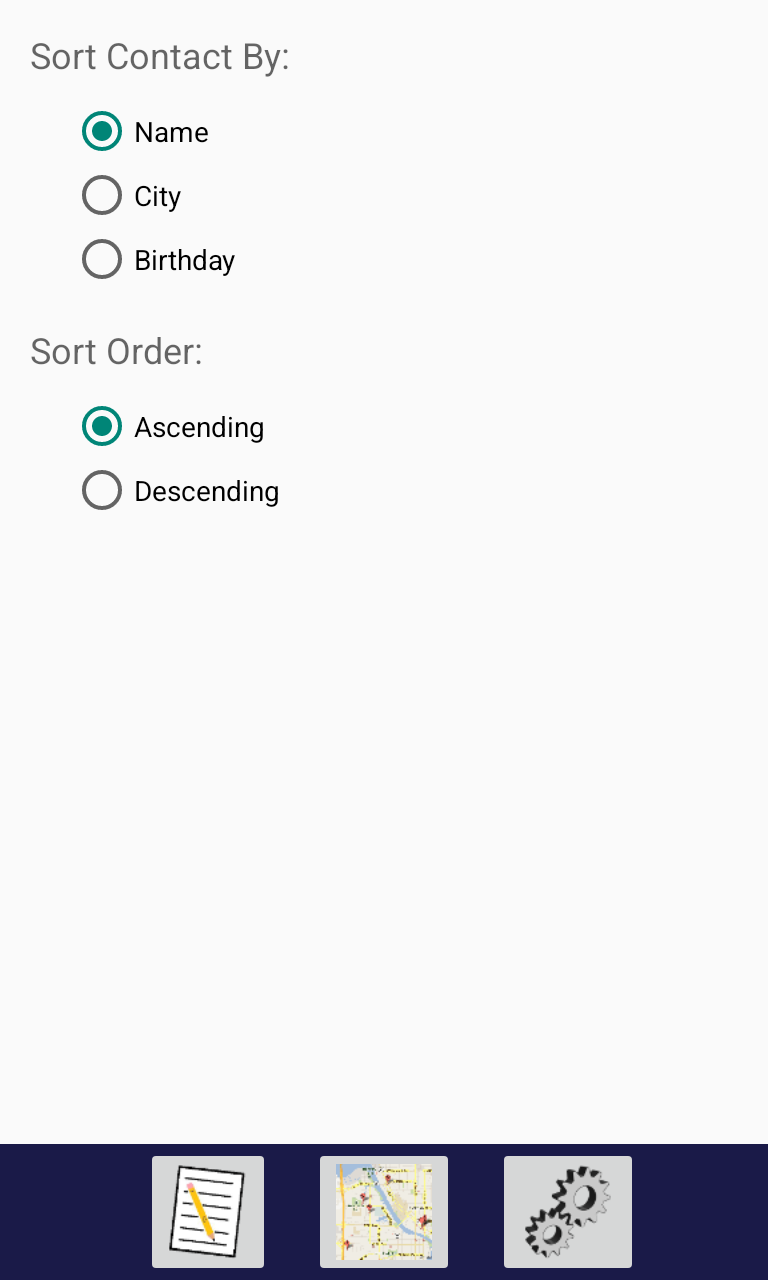
Repository: MobileApps-Cascadia/JenniferBronson_ExercisesChapter5
Layout: MyContactList/res/layout/activity_contact_settings.xml
The author's editor kept a copy of each file at every save. The layout is drawn from the files as they stood at one save, then again after the next save.
It is drawn on a 768 x 1280 px phone screen (xhdpi) without system bars, with theme AppTheme; the app's code is not run.

Above is the layout before, as saved 2014-05-03 05:12:35.

### MyContactList/res/layout/activity_contact_settings.xml
<RelativeLayout xmlns:tools="http://schemas.android.com/tools"
    xmlns:android="http://schemas.android.com/apk/res/android"
    xmlns:android1="http://schemas.android.com/apk/res/android"
    android:layout_width="match_parent"
    android:layout_height="match_parent"
    tools:context=".ContactActivity" >

    <RelativeLayout
        android:id="@+id/navbar"
        android:layout_width="fill_parent"
        android:layout_height="wrap_content"
        android:layout_alignParentBottom="true"
        android:background="@color/navbar_background" >

        <ImageButton
            android:id="@+id/imageButtonList"
            android:layout_width="wrap_content"
            android:layout_height="wrap_content"
            android:layout_centerVertical="true"
            android:layout_marginRight="20dp"
            android:layout_toLeftOf="@+id/imageButtonMap"
            android:src="@drawable/contactlisticon" />

        <ImageButton
            android:id="@+id/imageButtonMap"
            android:layout_width="wrap_content"
            android:layout_height="wrap_content"
            android:layout_centerHorizontal="true"
            android:layout_centerVertical="true"
            android:layout_toRightOf="@+id/imageButton1"
            android:src="@drawable/mapicon" />

        <ImageButton
            android:id="@+id/imageButtonSettings"
            android:layout_width="wrap_content"
            android:layout_height="wrap_content"
            android:layout_centerVertical="true"
            android:layout_marginLeft="20dp"
            android:layout_toRightOf="@+id/imageButtonMap"
            android:src="@drawable/settingsicon" />
    </RelativeLayout>

    <TextView
        android:id="@+id/textView1"
        android:layout_width="wrap_content"
        android:layout_height="wrap_content"
        android:layout_alignParentLeft="true"
        android:layout_alignParentTop="true"
        android:layout_marginLeft="15dp"
        android:layout_marginTop="15dp"
        android:text="Sort Contact By:"
        android:textAppearance="?android:attr/textAppearanceMedium" />

    <RadioGroup
        android:id="@+id/radioGroup1"
        android:layout_width="wrap_content"
        android:layout_height="wrap_content"
        android:layout_alignParentLeft="true"
        android:layout_marginLeft="35dp"
        android:layout_marginTop="10dp"
        android:layout_below="@+id/textView1" >

        <RadioButton
            android:id="@+id/radioName"
            android:layout_width="wrap_content"
            android:layout_height="wrap_content"
            android:checked="true"
            android:text="Name" />

        <RadioButton
            android:id="@+id/radioCity"
            android:layout_width="wrap_content"
            android:layout_height="wrap_content"
            android:text="City" />

        <RadioButton
            android:id="@+id/radioBirthday"
            android:layout_width="wrap_content"
            android:layout_height="wrap_content"
            android:text="Birthday" />
    </RadioGroup>

  <TextView
        android1:id="@+id/textView2"
        android1:layout_width="wrap_content"
        android1:layout_height="wrap_content"
        android1:layout_alignLeft="@+id/textView1"
        android1:layout_below="@+id/radioGroup1"
        android1:layout_marginTop="17dp"
        android1:text="Sort Order:"
        android1:textAppearance="?android:attr/textAppearanceMedium" />

    <RadioGroup
        android:id="@+id/radioGroup2"
        android:layout_marginLeft="35dp"
        android:layout_marginTop="10dp"
        android:layout_width="wrap_content"
        android:layout_height="wrap_content"
        android:layout_alignParentLeft="true"
        android:layout_below="@+id/textView2" >

        <RadioButton
            android:id="@+id/radioAscending"
            android:layout_width="wrap_content"
            android:layout_height="wrap_content"
            android:checked="true"
            android:text="Ascending" />

        <RadioButton
            android:id="@+id/radioDescending"
            android:layout_width="wrap_content"
            android:layout_height="wrap_content"
            android:text="Descending" />


    </RadioGroup>



</RelativeLayout>

### MyContactList/res/values/color.xml
<?xml version="1.0" encoding="utf-8"?>
<resources>
    <color name="navbar_background">#1a1a48</color>
    <color name="toolbar_background">#bebebe</color>
    <color name="dataEntry_background">#a8a8e0</color>

</resources>

Loaded but not shown: MyContactList/res/values/styles.xml (common file); MyContactList/res/values-v11/styles.xml (common file); MyContactList/res/values-v14/styles.xml (common file)

After the next save:
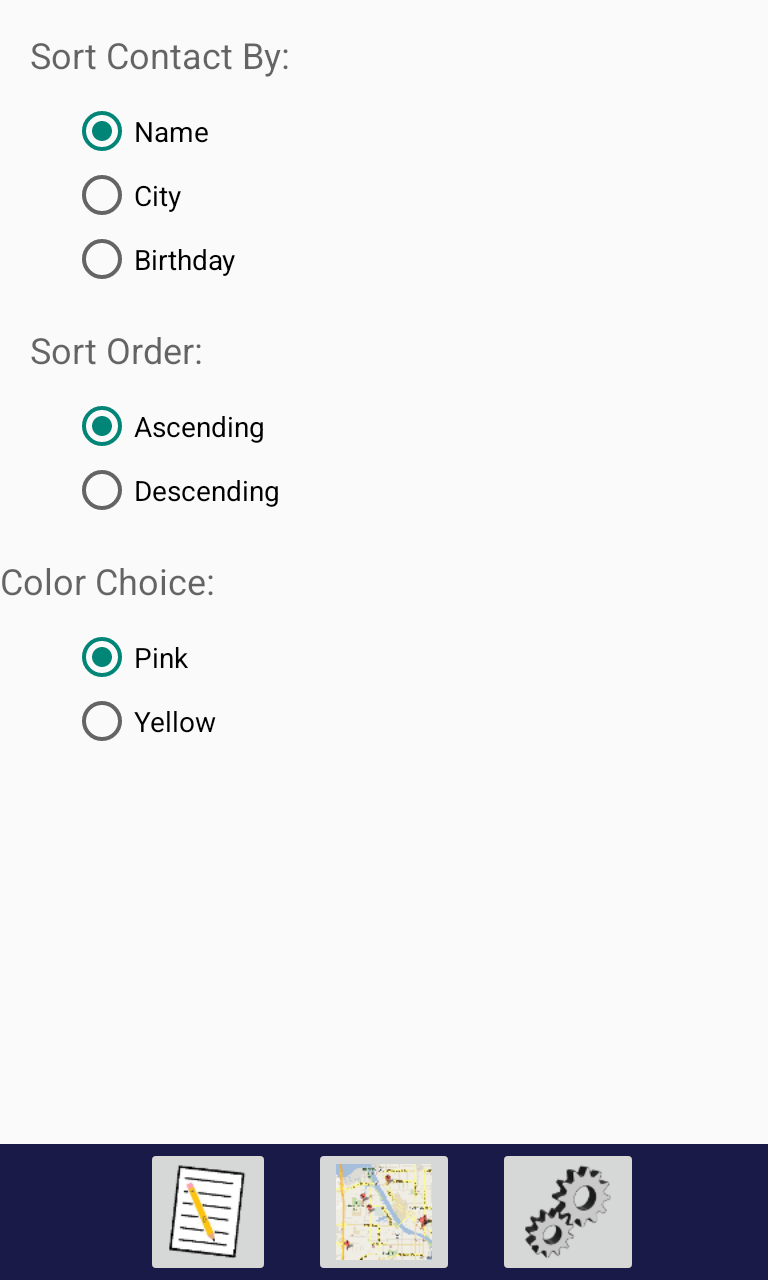
Saved 30 min 47 s later.
--- a/MyContactList/res/layout/activity_contact_settings.xml
+++ b/MyContactList/res/layout/activity_contact_settings.xml
@@ -56,9 +56,9 @@
         android:layout_width="wrap_content"
         android:layout_height="wrap_content"
         android:layout_alignParentLeft="true"
+        android:layout_below="@+id/textView1"
         android:layout_marginLeft="35dp"
-        android:layout_marginTop="10dp"
-        android:layout_below="@+id/textView1" >
+        android:layout_marginTop="10dp" >
 
         <RadioButton
             android:id="@+id/radioName"
@@ -80,7 +80,7 @@
             android:text="Birthday" />
     </RadioGroup>
 
-  <TextView
+    <TextView
         android1:id="@+id/textView2"
         android1:layout_width="wrap_content"
         android1:layout_height="wrap_content"
@@ -92,12 +92,12 @@
 
     <RadioGroup
         android:id="@+id/radioGroup2"
-        android:layout_marginLeft="35dp"
-        android:layout_marginTop="10dp"
         android:layout_width="wrap_content"
         android:layout_height="wrap_content"
         android:layout_alignParentLeft="true"
-        android:layout_below="@+id/textView2" >
+        android:layout_below="@+id/textView2"
+        android:layout_marginLeft="35dp"
+        android:layout_marginTop="10dp" >
 
         <RadioButton
             android:id="@+id/radioAscending"
@@ -111,10 +111,40 @@
             android:layout_width="wrap_content"
             android:layout_height="wrap_content"
             android:text="Descending" />
+    </RadioGroup>
 
+    <TextView
+        android1:id="@+id/textView3"
+        android1:layout_width="wrap_content"
+        android1:layout_height="wrap_content"
+        android1:layout_marginTop="17dp"
+        android1:layout_alignParentLeft="true"
+        android1:layout_below="@+id/radioGroup2"
+        android1:text="Color Choice:"
+        android1:textAppearance="?android:attr/textAppearanceMedium" />
+
+    <RadioGroup
+        android1:id="@+id/radioGroup3"
+        android1:layout_width="wrap_content"
+        android1:layout_height="wrap_content"
+         android:layout_below="@+id/textView3"
+        android1:layout_alignParentLeft="true"
+        android:layout_marginLeft="35dp"
+        android:layout_marginTop="10dp" >
+
+        <RadioButton
+            android1:id="@+id/radioColor1"
+            android1:layout_width="wrap_content"
+            android1:layout_height="wrap_content"
+            android1:checked="true"
+            android1:text="Pink" />
+
+        <RadioButton
+            android1:id="@+id/radioColor2"
+            android1:layout_width="wrap_content"
+            android1:layout_height="wrap_content"
+            android1:text="Yellow" />
 
     </RadioGroup>
 
-
-
 </RelativeLayout>
